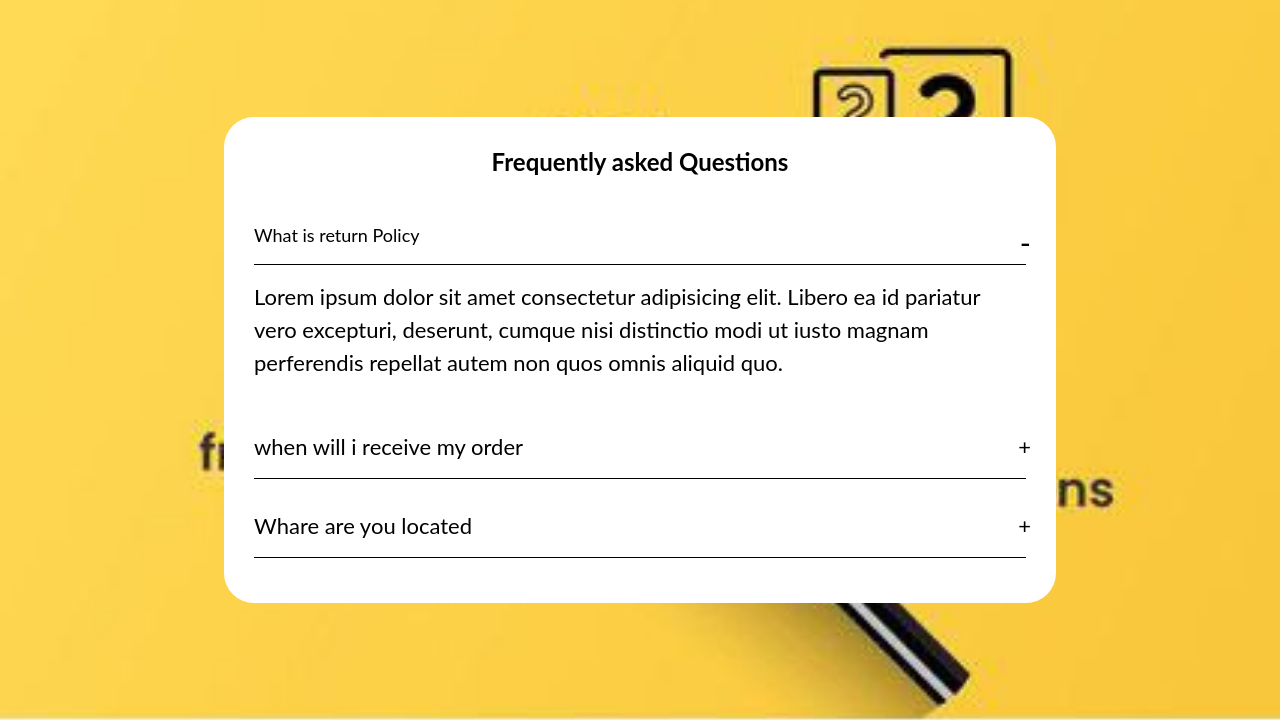
Repository: wakoya-tech/react-project
Page: Desktop/shaakala/accor/index.html
The author's editor kept a copy of each file at every save. The page is drawn from the files as they stood at one save, then again after the next save.
The browser window is 1280 px wide. The pictures show the whole page.
After loading, the first visible `div.question` was clicked once.
Some web libraries are served in a nearby version.

Above is the page before, as saved 2025-08-31 15:19:03.

### Desktop/shaakala/accor/index.html
<!DOCTYPE html>
<html lang="en">
<head>
    <meta charset="UTF-8">
    <meta name="viewport" content="width=device-width, initial-scale=1.0">
    <title>Document</title>
    <link rel="stylesheet" href="../accor/style.css">
    <link rel="preconnect" href="https://fonts.googleapis.com">
    <link rel="preconnect" href="https://fonts.gstatic.com" crossorigin>
    <link href="https://fonts.googleapis.com/css2?family=Roboto&display=swap" rel="stylesheet">
    <link rel="stylesheet"
          href="https://cdnjs.cloudflare.com/ajax/libs/font-awesome/6.1.1/css/all.min.css"
          integrity="sha512-kfkfwYDsLKIlwQp6LFn18zNdLGxu9YAAlQvwINks4PhcElQ5vqcyVLLD9aMhXd13uQjoXtENosOWaZqXgol0g=="
          crossorigin="anonymous"
          referrerpolicy="no-referrer" />
</head>
<body>

 <div class="accordion">
    <h2 class="accordion-title">
        Frequently asked Questions
    </h2>
    <div class="content-container">
        <div class="question">What is return Policy</div>
   <div class="answer">Lorem ipsum dolor sit amet consectetur
    adipisicing elit. Libero ea id pariatur vero excepturi,
     deserunt, cumque nisi distinctio modi ut iusto magnam
      perferendis
    repellat autem non quos omnis aliquid quo.</div>
    </div>
    <div class="content-container">
        <div class="question">when will i receive my order</div>
   <div class="answer">Lorem ipsum dolor sit amet consectetur
    adipisicing elit. Libero ea id pariatur vero excepturi,
     deserunt, cumque nisi distinctio modi ut iusto magnam
      perferendis
    repellat autem non quos omnis aliquid quo.</div>
    </div>
    <div class="content-container">
        <div class="question">Whare are you located</div>
   <div class="answer">Lorem ipsum dolor sit amet consectetur
    adipisicing elit. Libero ea id pariatur vero excepturi,
     deserunt, cumque nisi distinctio modi ut iusto magnam
      perferendis
    repellat autem non quos omnis aliquid quo.</div>
    </div>
 </div>
    <script src="../accor/script.js"></script>
</body>
</html>

### Desktop/shaakala/accor/style.css
*{
    margin: 0;
    padding: 0;
    box-sizing: border-box;
    font-family: 'Lato',sans-serif;

}
body{
    background: url(../img/img3.jpg) no-repeat center center/cover;
    height: 100vh;
    display: flex;
    justify-content: center;
    align-items: center;
}
.accordion {
    width: 65%;
    background-color: #fff;
    padding: 30px;
    border-radius: 30px;
}
.accordion .accordion-title {
    margin-bottom: 30px;
    text-align: center;
}
.accordion .content-container .question {
    padding: 18px 0px;
    font-size: 22px;
    cursor: pointer;
    border-bottom: 1px solid #000;
     position: relative;
}
.accordion .content-container .question::after{
    content: '+';
    position: absolute;
    right: -5px;
}
.accordion .content-container .answer {
    padding-top: 15px;
    font-size: 22px;
    line-height: 1.5;
    width: 100%;
    height: 0px;
    overflow: hidden;
    transition: .5s;
}

.accordion .content-container.active .answer {
    height: 150px;
  }
  .accordion .content-container.active .question {
    font-size: 18px;
   transition: .5s;
  }
  .accordion .content-container.active .question::after {
    content: '-';
    font-size: 30px;
   /* transition: .5s;*/
  }

### Desktop/shaakala/accor/script.js
const questions = document.querySelectorAll('.question');
    questions.forEach(question => {
      question.addEventListener('click', () => {
        question.parentElement.classList.toggle('active');
      });
    });

After the next save:
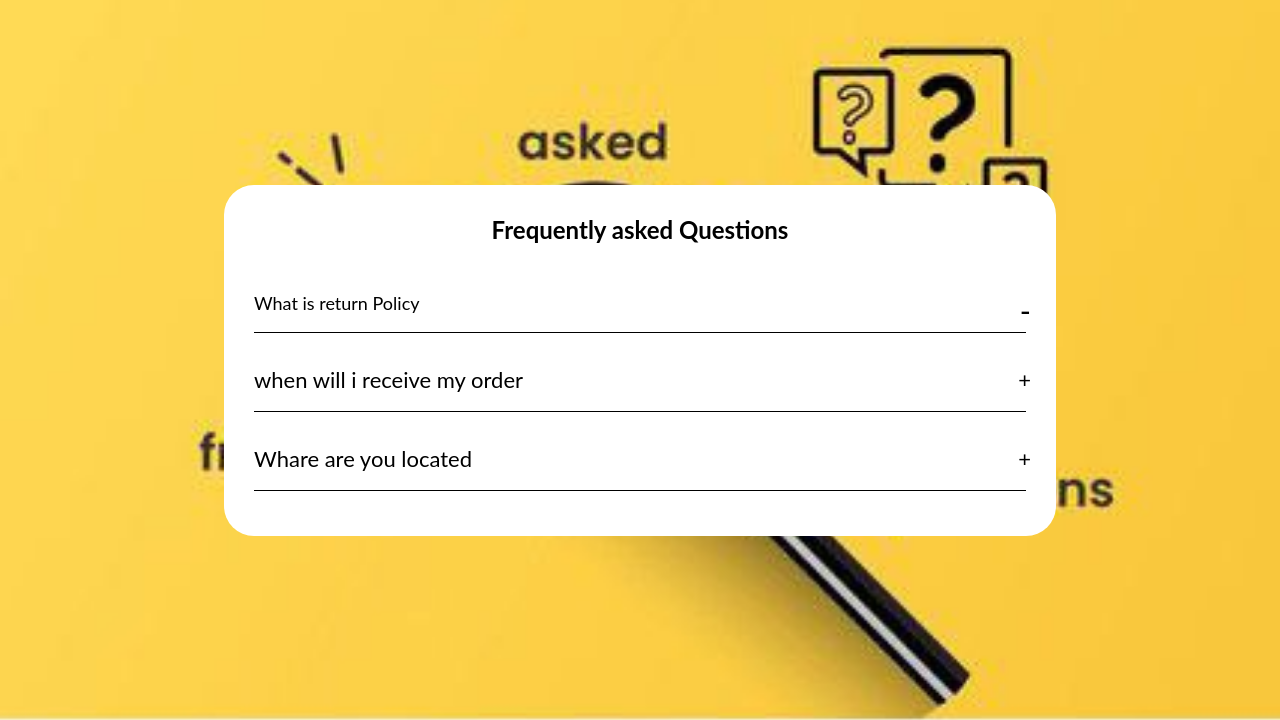
Saved 37 s later.
--- a/Desktop/shaakala/accor/style.css
+++ b/Desktop/shaakala/accor/style.css
@@ -45,7 +45,7 @@
 }
 
 .accordion .content-container.active .answer {
-    height: 150px;
+  /*  height: 150px;*/
   }
   .accordion .content-container.active .question {
     font-size: 18px;
@@ -54,5 +54,5 @@
   .accordion .content-container.active .question::after {
     content: '-';
     font-size: 30px;
-   /* transition: .5s;*/
+    transition: .5s;
   }

After the save that followed:
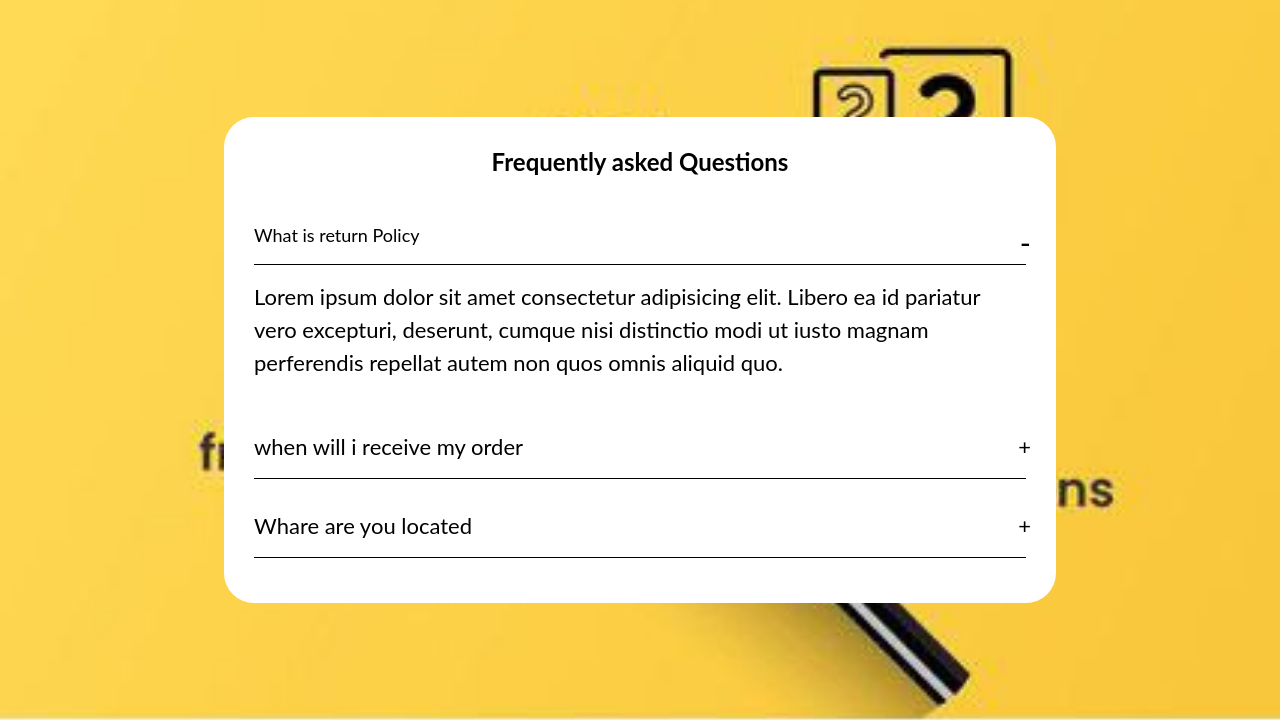
Saved 21 s later.
--- a/Desktop/shaakala/accor/style.css
+++ b/Desktop/shaakala/accor/style.css
@@ -45,7 +45,7 @@
 }
 
 .accordion .content-container.active .answer {
-  /*  height: 150px;*/
+  height: 150px;
   }
   .accordion .content-container.active .question {
     font-size: 18px;
